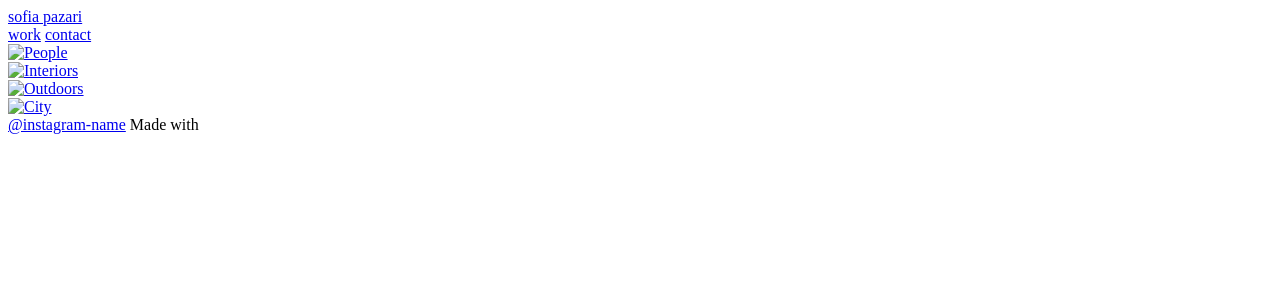
Repository: debthebuilder/pazari-squarespace-template
Page: index.html
The author's editor kept a copy of each file at every save. The page is drawn from the files as they stood at one save, then again after a run of saves.
The browser window is 1280 px wide. The pictures show the whole page.

Above is the page before, as saved 2022-11-03 21:08:48.

### index.html
<!DOCTYPE html>
<html lang="en">
<head>
    <meta charset="UTF-8">
    <meta http-equiv="X-UA-Compatible" content="IE=edge">
    <meta name="viewport" content="width=device-width, initial-scale=1.0">
    <title>Pazari - Squarespace Template</title>
</head>
<body>
    <!--Navbar-->
    <nav>
        <a href="index.html" class="logo">sofia pazari</a>
        <div class="menu">
            <a href="work.html" class="nav-link">work</a>
            <a href="contact.html" class="nav-link">contact</a>
        </div>
    </nav>
    <!--Main Content-->
    <main class="grid">
        <div class="grid-item">
            <a href="#" class="portfolio-link">
                <img src="#" alt="People" class="portfolio-img" />
            </a>
        </div>
        <div class="grid-item">
            <a href="#" class="portfolio-link">
                <img src="#" alt="Interiors" class="portfolio-img" />
            </a>
        </div>
        <div class="grid-item">
            <a href="#" class="portfolio-link">
                <img src="#" alt="Outdoors" class="portfolio-img" />
            </a>
        </div>
        <div class="grid-item">
            <a href="#" class="portfolio-link">
                <img src="#" alt="City" class="portfolio-img" />
            </a>
        </div>
    </main>
    <!--Footer-->
    <footer class="footer">
        <a href="#" class="footer-link">@instagram-name</a>
        <span>Made with <a href=""</span>
    </footer>
</body>
</html>

After the next 3 saves:
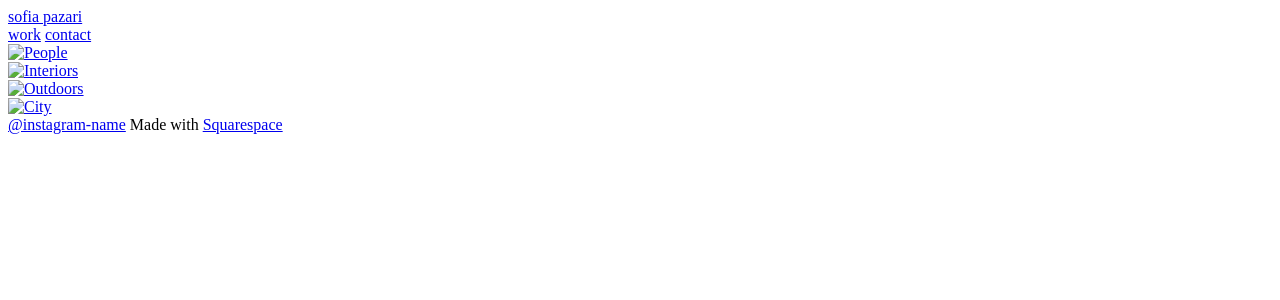
The 3 saves are shown as one change because they came seconds apart.
The last was saved 14 s later.
--- a/index.html
+++ b/index.html
@@ -41,7 +41,7 @@
     <!--Footer-->
     <footer class="footer">
         <a href="#" class="footer-link">@instagram-name</a>
-        <span>Made with <a href=""</span>
+        <span>Made with <a href="https://squarespace.com">Squarespace</a></span>
     </footer>
 </body>
 </html>
